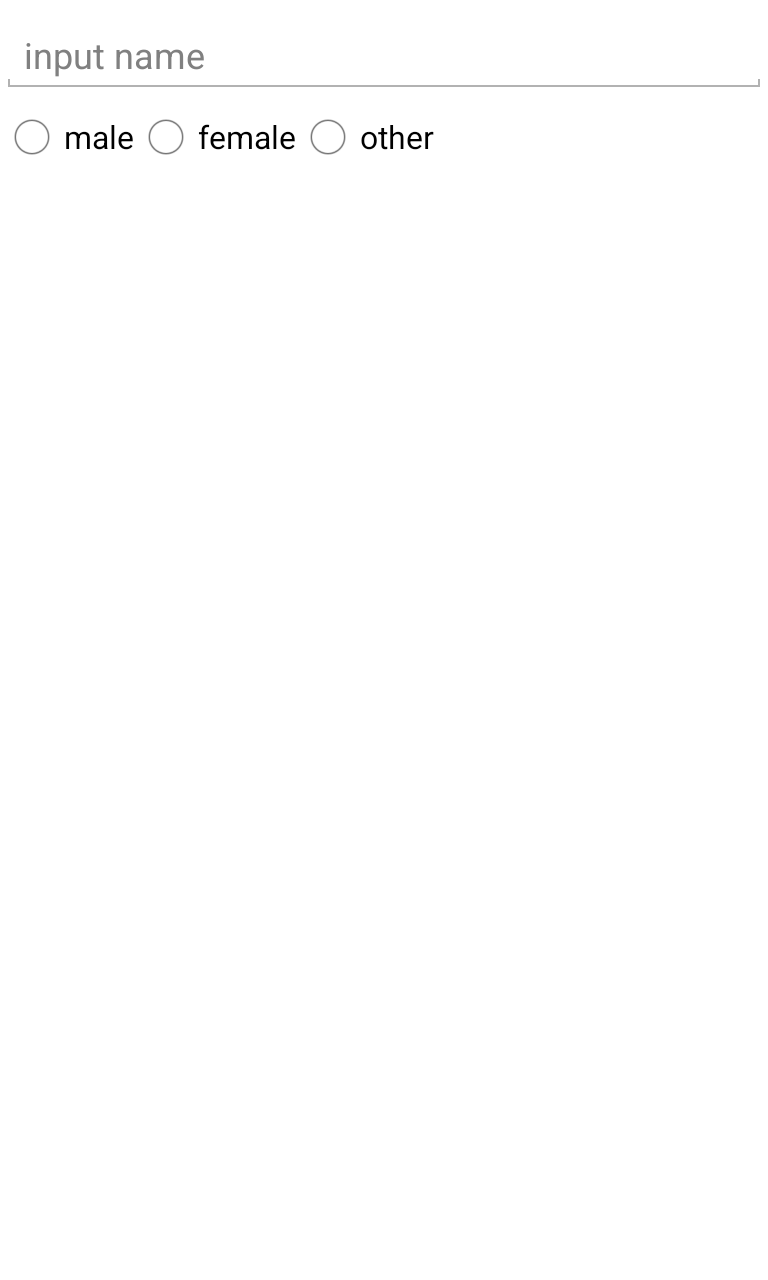
Repository: whoami-I/android
Layout: Activity/ActivityProject/res/layout/activity_main.xml
These files come from the project's save history. The layout is drawn as it stood at one moment and after the next save; the edit follows.
It is drawn on a 768 x 1280 px phone screen (xhdpi) without system bars, with theme AppTheme; the app's code is not run.

Above is the layout before, as saved 2018-11-02 01:37:35.

After the next save:
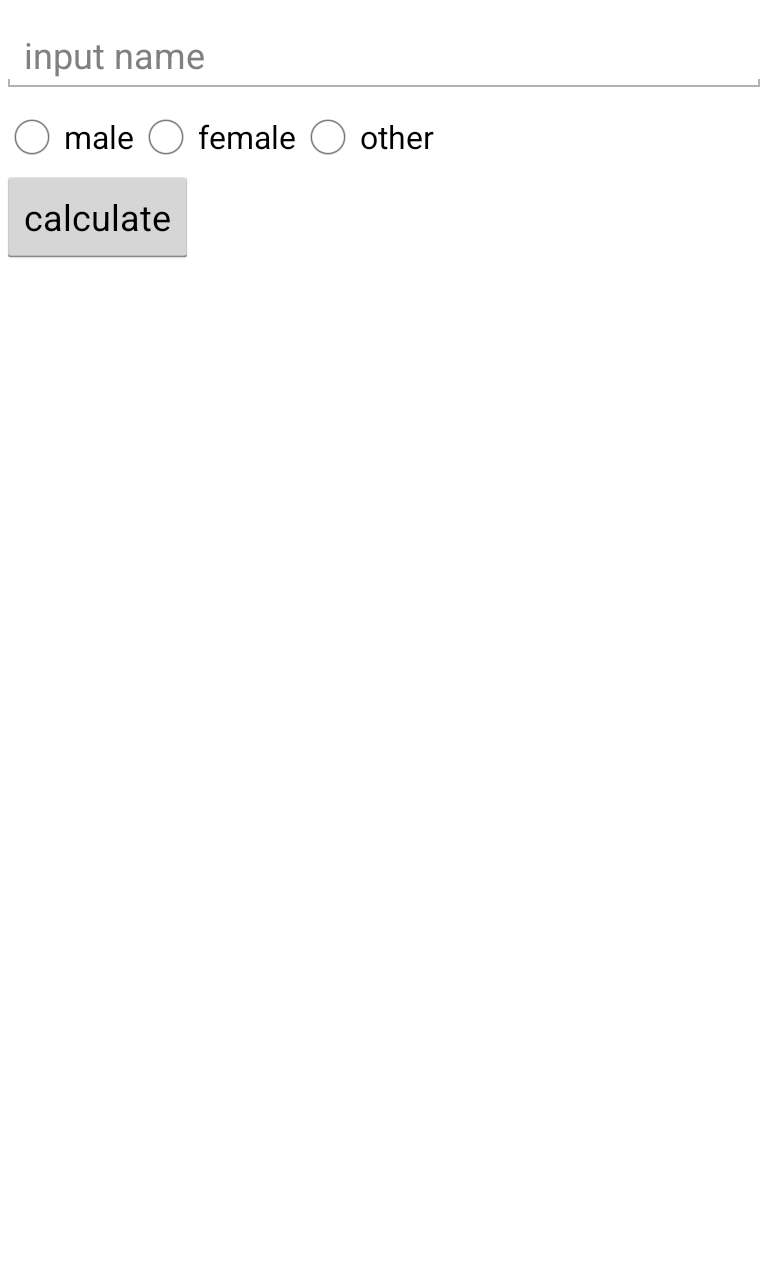
Saved 71 s later.
--- a/Activity/ActivityProject/res/layout/activity_main.xml
+++ b/Activity/ActivityProject/res/layout/activity_main.xml
@@ -37,4 +37,10 @@
             android:text="other" />
     </RadioGroup>
 
+    <Button
+        android:layout_width="wrap_content"
+        android:layout_height="wrap_content"
+        android:onClick="click_calculate"
+        android:text="calculate" />
+
 </LinearLayout>
